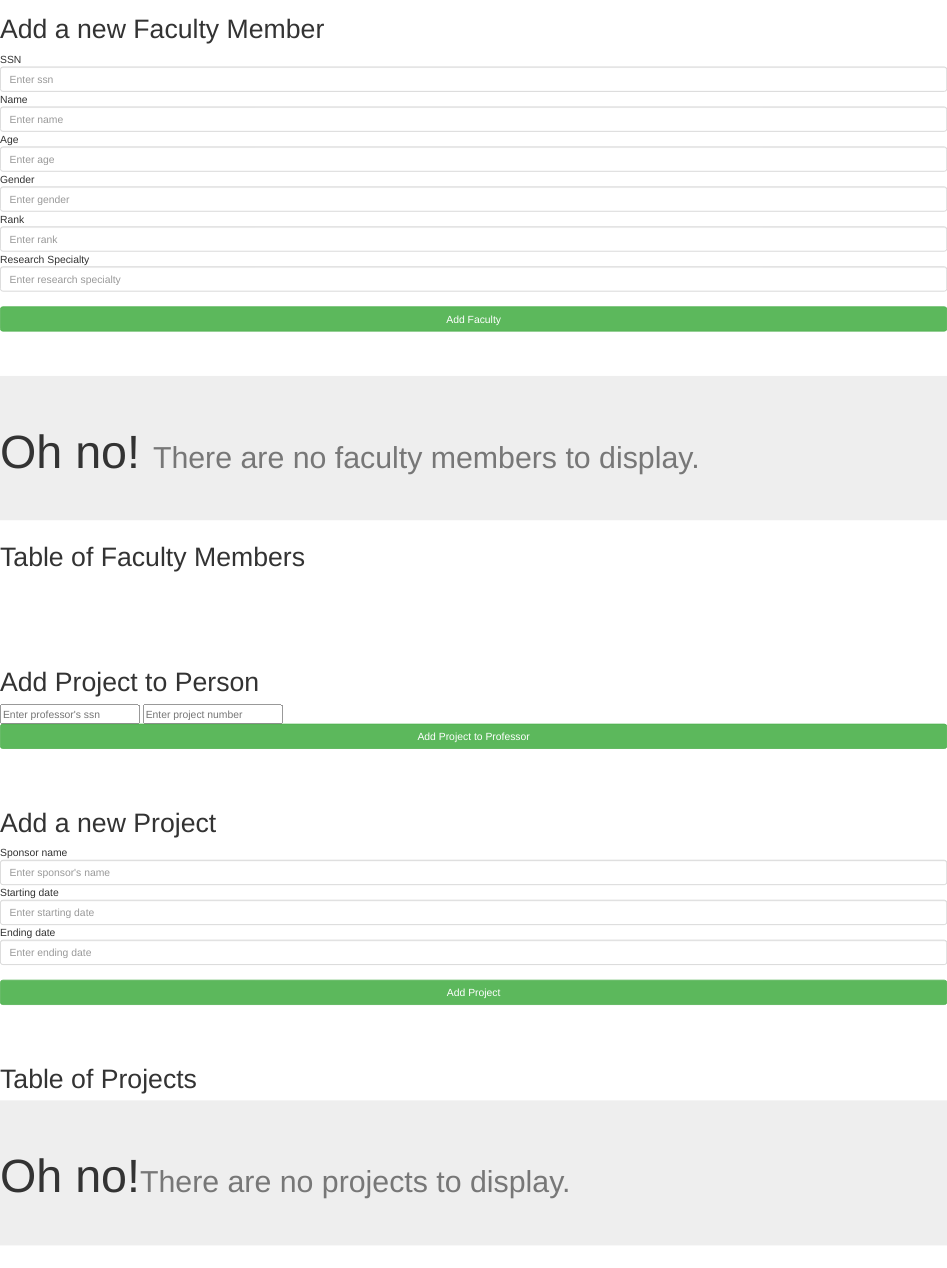
Repository: cpham19/DatabaseSite
Page: http://localhost/database/Table
These files come from the project's save history. The page is drawn as it stood at one moment and after the next save; the edit follows.
The browser window is 1280 px wide. The pictures show the whole page, at 74% of full size.
The page is served by Tomcat 9. Queries for data that is not in the repository find no rows.

Above is the page before, as saved 2017-07-30 04:00:38.

After the next save:
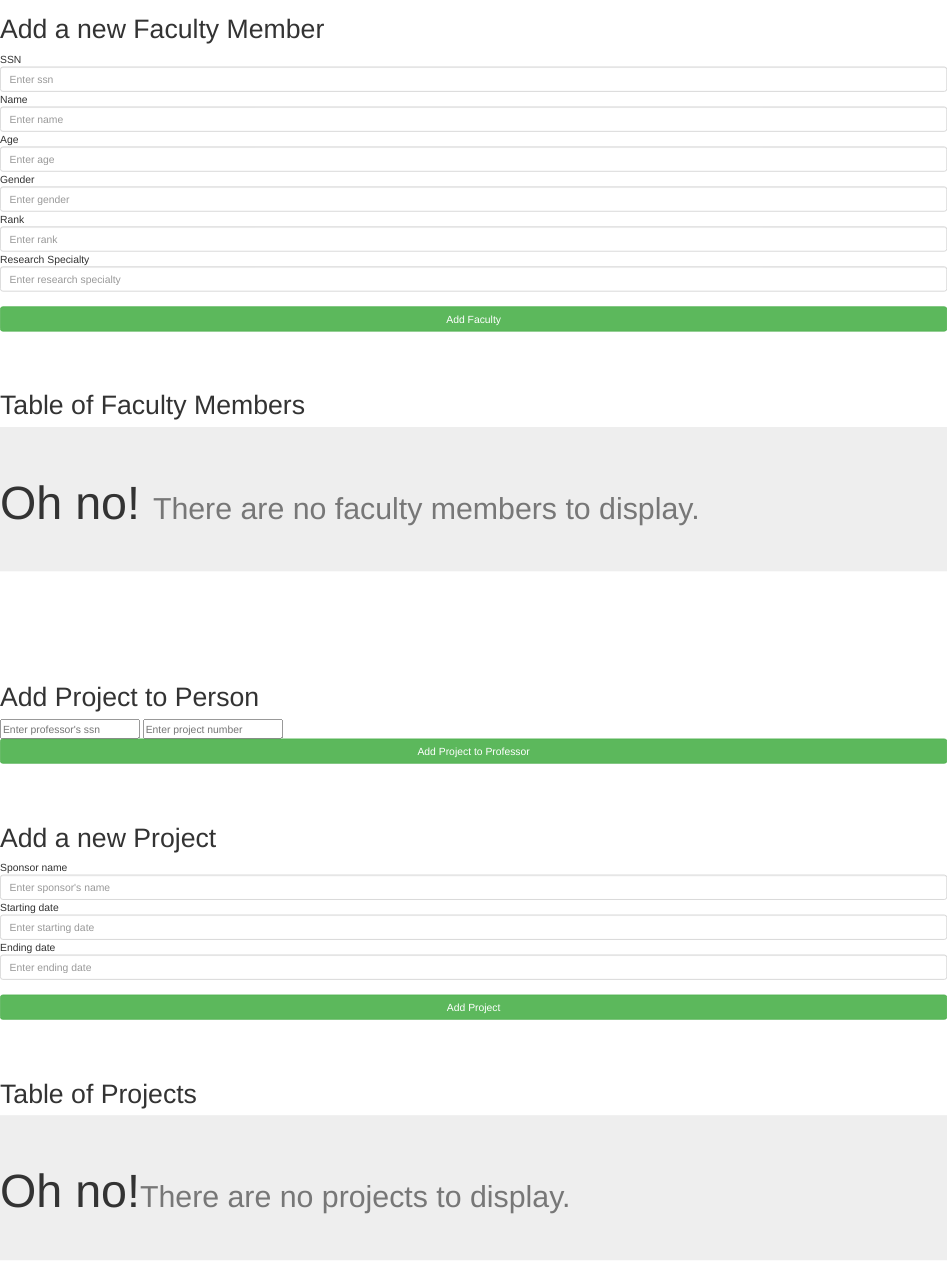
Saved 30 s later.
--- a/database/src/main/webapp/Table.jsp
+++ b/database/src/main/webapp/Table.jsp
@@ -25,14 +25,14 @@
 	<br/>
 	<br/>
 	<br/>
+
+	<h1>Table of Faculty Members</h1>
 	<c:if test="${empty faculties}">
 		<div class="jumbotron">
 			<h1>Oh no! <small>There are no faculty members to display.</small></h1>
 		</div>
 	</c:if>
 
-
-	<h1>Table of Faculty Members</h1>
 	<c:if test="${not empty faculties}">
 		<c:forEach items="${faculties}" var="faculty">
 			<div class="panel panel-default">
